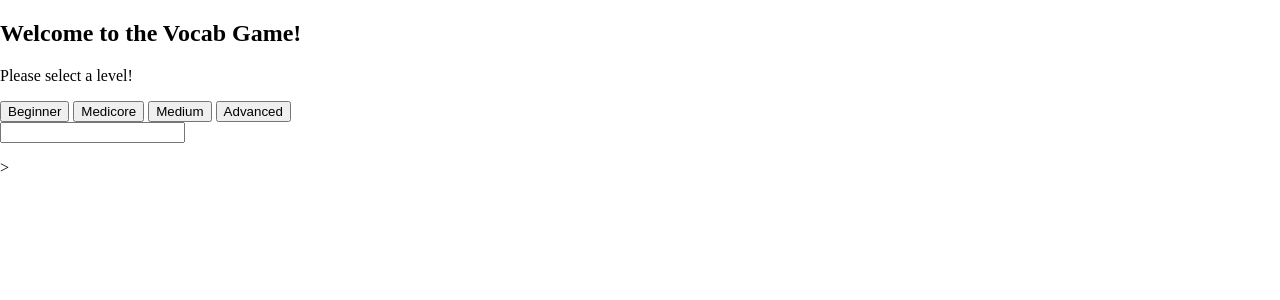
Repository: chimeconfused999/Vocab-Game
Page: index.html
An editor plug-in stored every save of this project. The page is shown before and after the next save, followed by the edit.
The browser window is 1280 px wide. The pictures show the whole page.

Above is the page before, as saved 2022-07-09 18:54:06.
Console error: SyntaxError: Cannot use import statement outside a module

After the next save:
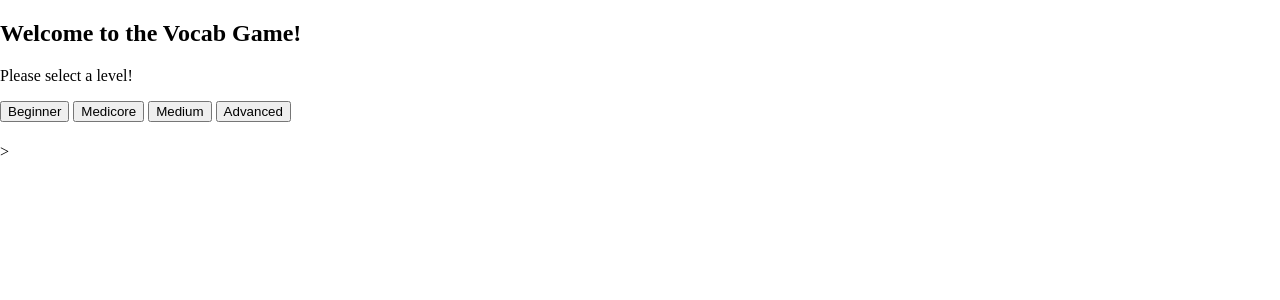
Saved 28 s later.
--- a/index.html
+++ b/index.html
@@ -77,9 +77,7 @@
     <button id="Medium" onclick="style.display = 'none'">Medium</button>
     <button id="Advanced" onclick="style.display = 'none'">Advanced</button>
   </div>
-  <input id="output">
-
-  <p></p>
+  <h1 id="output"></h1>
 
 
   <script>

After the 2 saves that followed:
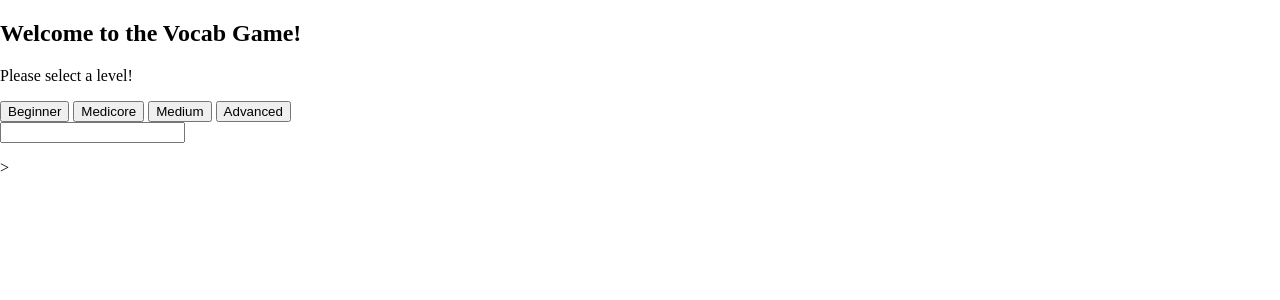
The 2 saves are shown as one change because 1 left the picture as it was.
The last was saved 35 s later.
--- a/index.html
+++ b/index.html
@@ -77,7 +77,9 @@
     <button id="Medium" onclick="style.display = 'none'">Medium</button>
     <button id="Advanced" onclick="style.display = 'none'">Advanced</button>
   </div>
-  <h1 id="output"></h1>
+  <input id="output" type="text">
+
+  <p></p>
 
 
   <script>
